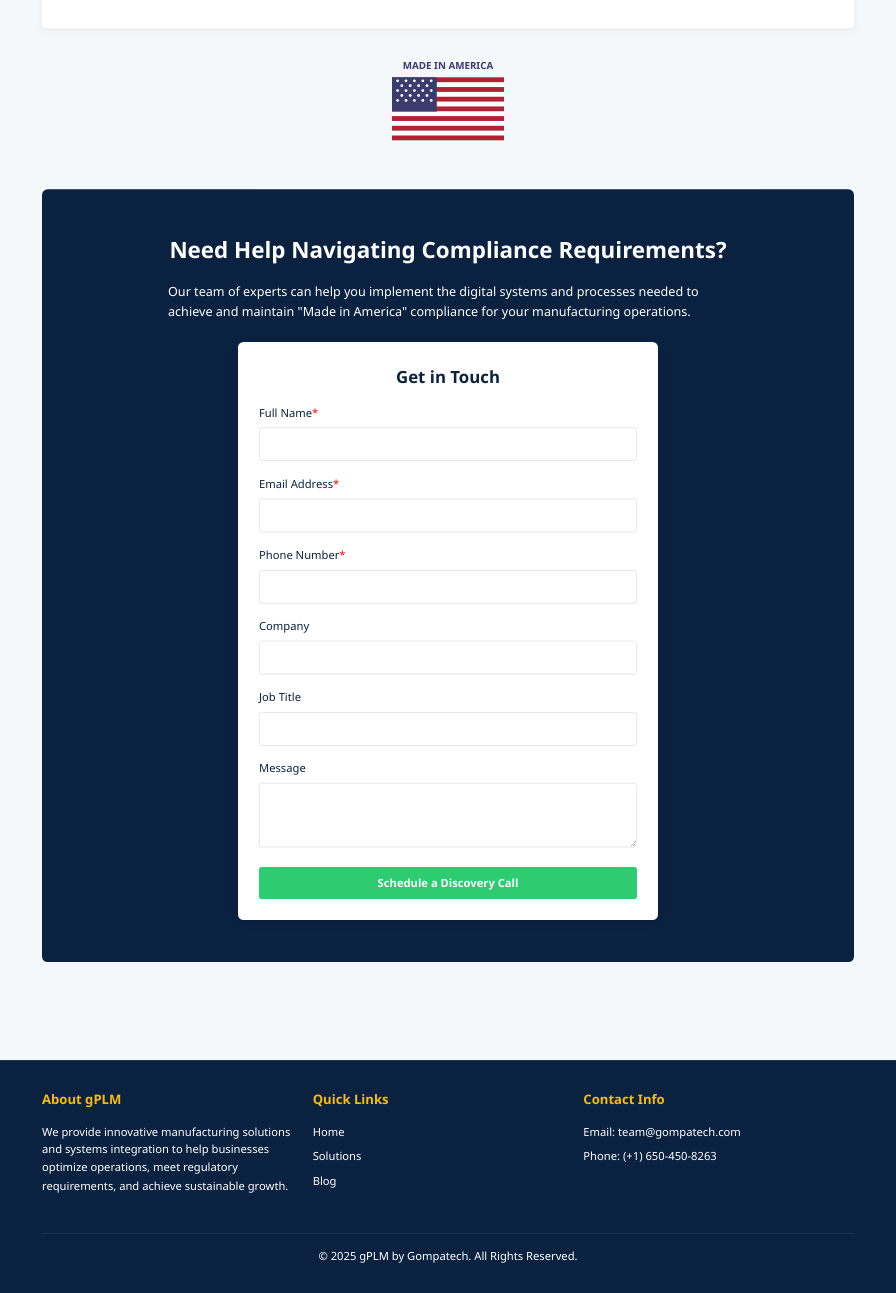
Repository: gompaBlogs/website
Page: mia.html
These files come from the project's save history. The page is drawn as it stood at one moment and after the next save; the edit follows.
The browser window is 1280 px wide. The pictures show the part of the page from y = 2509 to 4429 px (the page is 4356 px tall before and 4429 px after), at 70% of full size.

Above is the page before, as saved 2025-04-30 18:06:46.

After the next save:
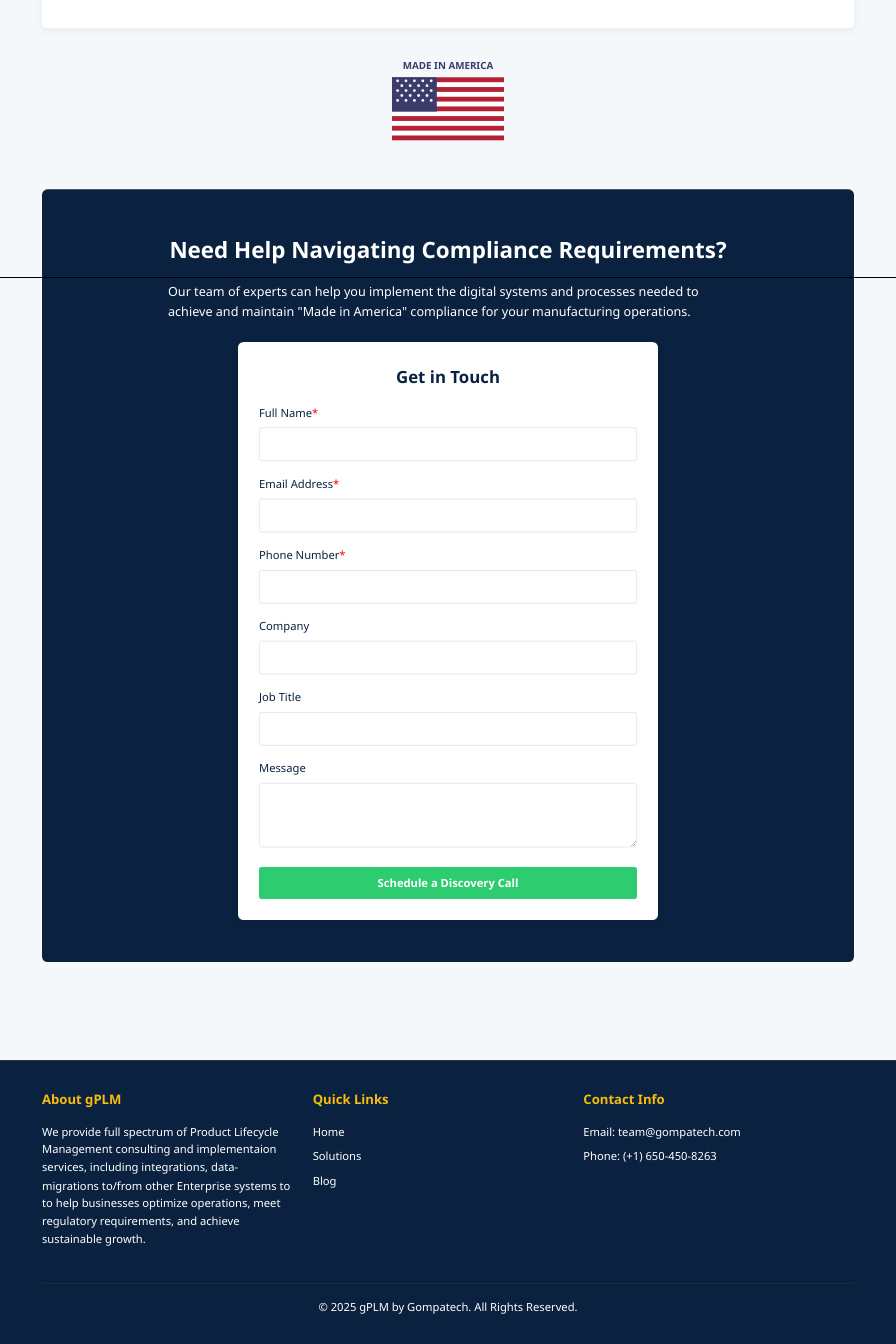
Saved 4 min 10 s later.
--- a/mia.html
+++ b/mia.html
@@ -576,7 +576,8 @@
             <div class="footer-content">
                 <div class="footer-section">
                     <h3>About gPLM</h3>
-                    <p>We provide innovative manufacturing solutions and systems integration to help businesses optimize operations, meet regulatory requirements, and achieve sustainable growth.</p>
+                    <!-- <p>We provide innovative manufacturing solutions and systems integration to help businesses optimize operations, meet regulatory requirements, and achieve sustainable growth.</p> -->
+                    <p>We provide full spectrum of Product Lifecycle Management consulting and implementaion services, including integrations, data-migrations to/from other Enterprise systems to to help businesses optimize operations, meet regulatory requirements, and achieve sustainable growth.</p>
                 </div>
                 <div class="footer-section">
                     <h3>Quick Links</h3>
